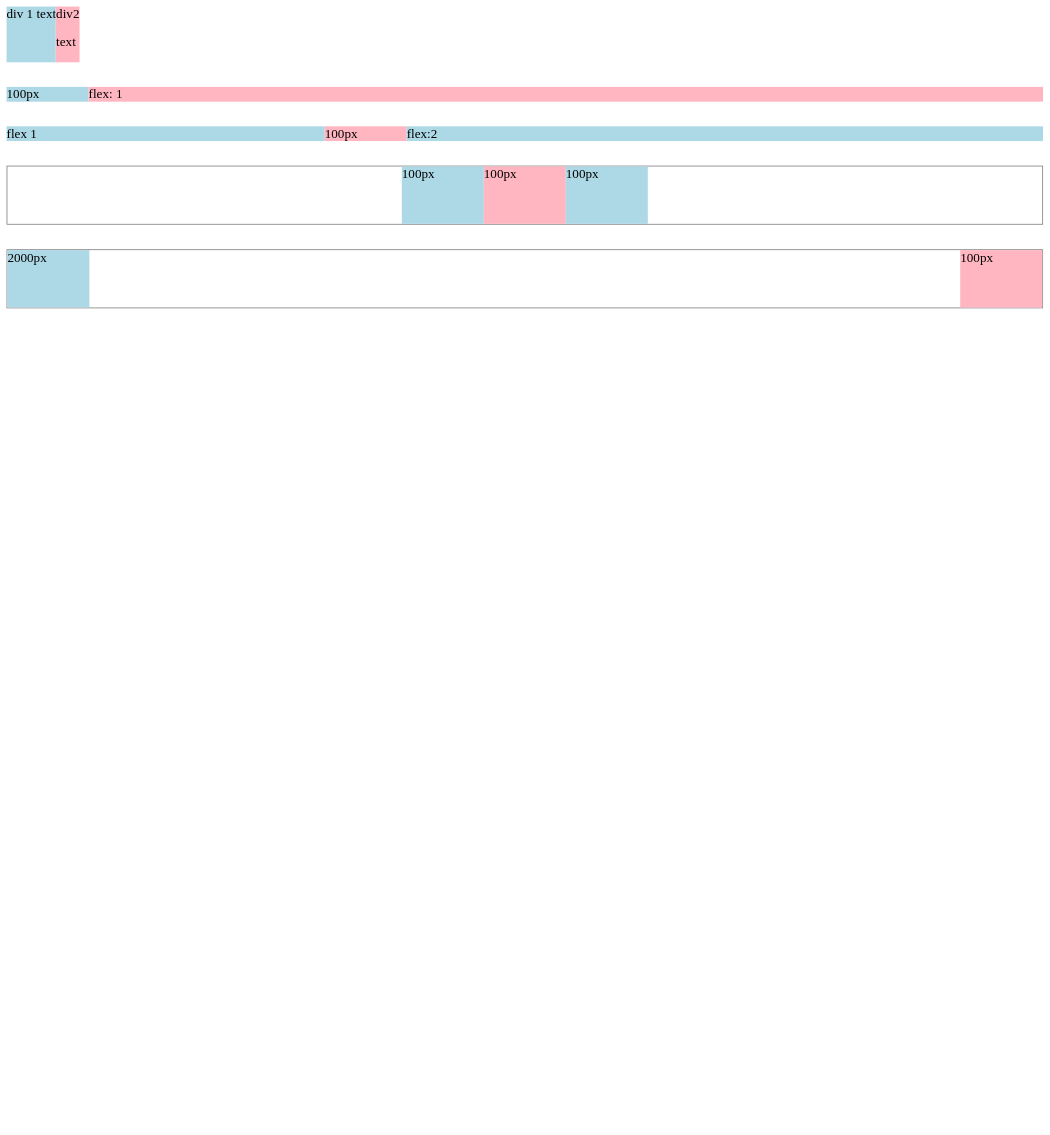
Repository: knowledgeAlan/html-css-twelve
Page: flexbox.html
The author's editor kept a copy of each file at every save. The page is drawn from the files as they stood at one save, then again after the next save.
The browser window is 1280 px wide. The pictures show the whole page, at 82% of full size.

Above is the page before, as saved 2024-03-11 17:27:47.

After the next save:
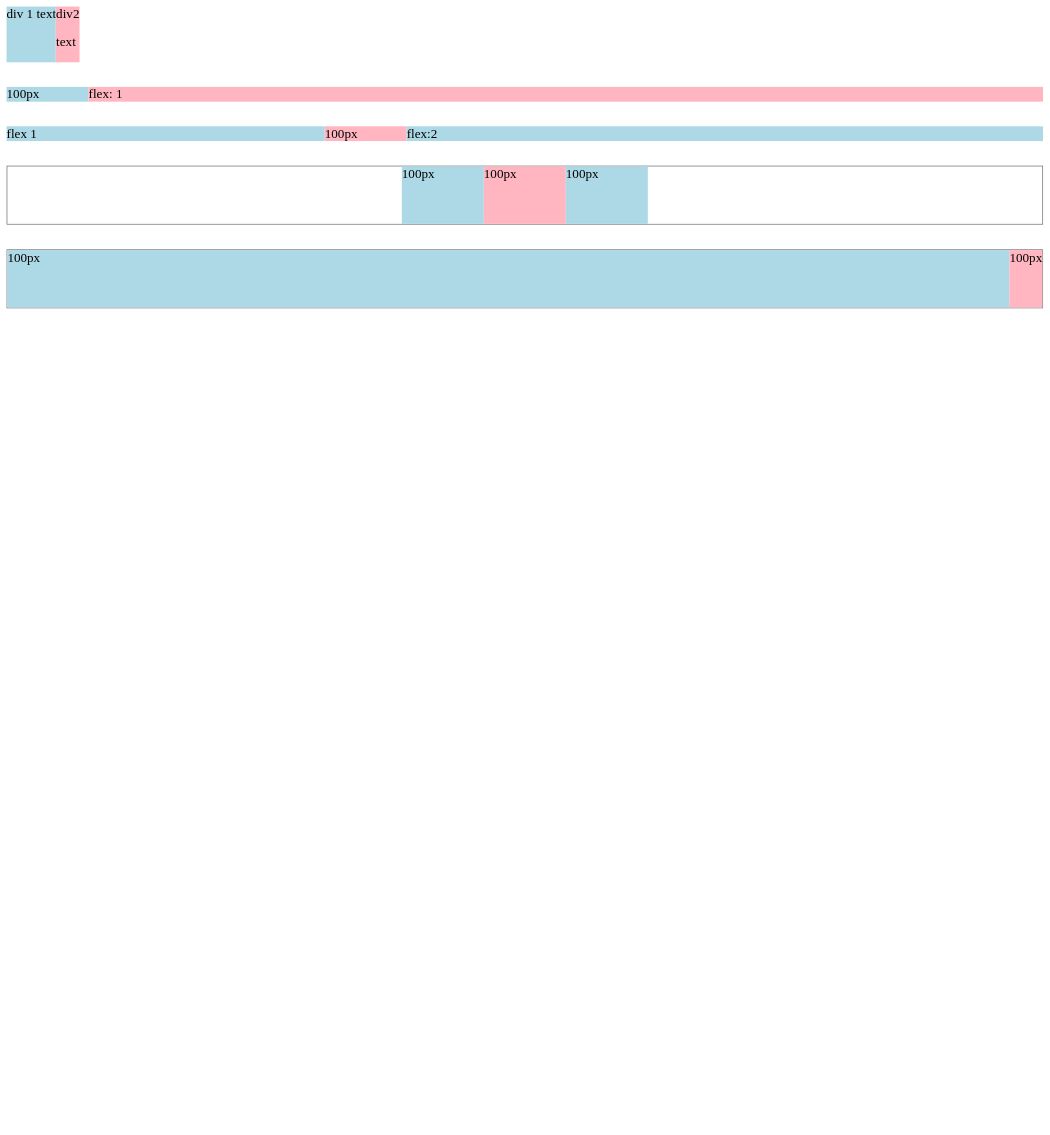
Saved 10 s later.
--- a/flexbox.html
+++ b/flexbox.html
@@ -110,8 +110,8 @@
             justify-content: space-between;
         ">
 
-            <div style="background-color: lightblue; width: 100px;">
-                2000px
+            <div style="background-color: lightblue; width: 10000px;">
+                100px
             </div>
 
             <div style="background-color: lightpink;
